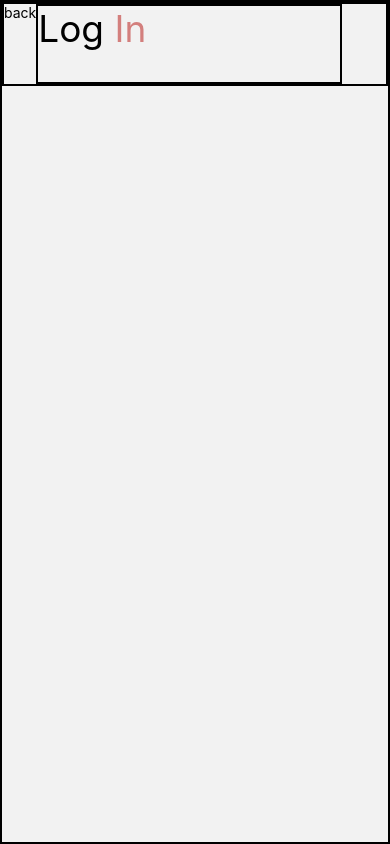
Repository: kgayathridevi/pregband
Screen: /
The author's editor kept a copy of each file at every save. The screen is drawn from the files as they stood at one save, then again after the next save.
The app was drawn by React Native's web renderer in a window 390 px wide. The project was rebuilt for these pictures with package versions that can differ from the ones it lists, and the page was loaded fresh each time. Also part of the build but not shown: component/SignUpScreen.jsx, component/Home.jsx.

Above is the screen before, as saved 2023-04-28 13:11:57.

After the next save:
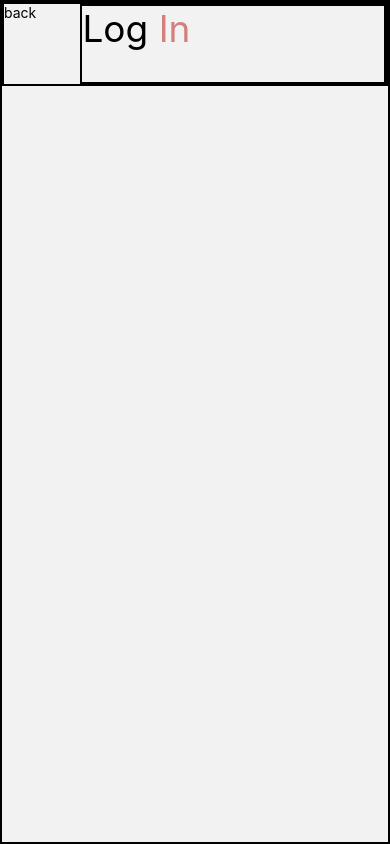
Saved 14 s later.
--- a/component/LogInScreen.jsx
+++ b/component/LogInScreen.jsx
@@ -37,6 +37,7 @@ const styles = StyleSheet.create({
     borderWidth: 2,
     height: "10%",
     flexDirection: "row",
+    justifyContent: "space-between",
   },
   titleContain: {
     borderWidth: 2,
